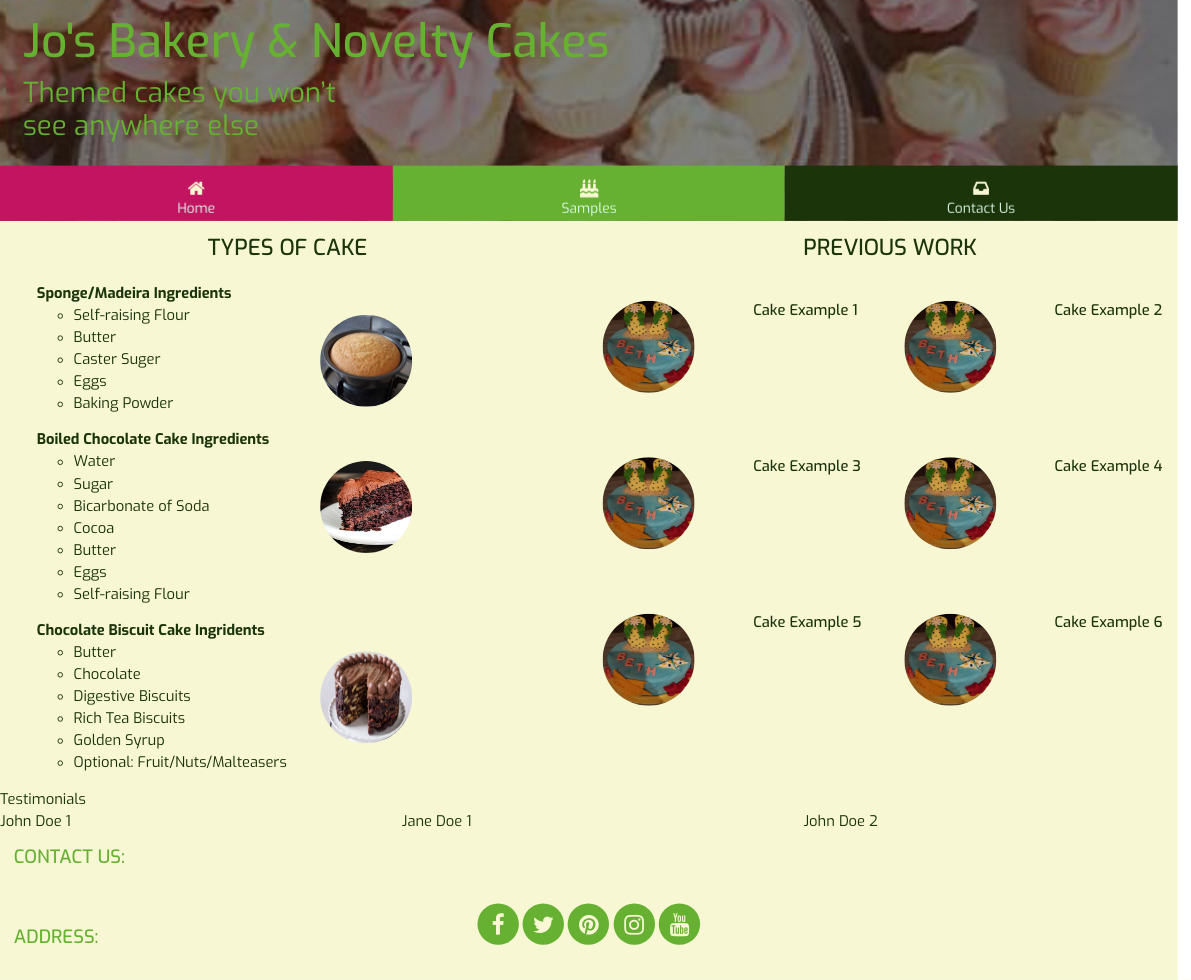
Repository: seanjcarley/Milestone1
Page: showcase.html
The author's editor kept a record of every edit. The page is drawn from the files as they stood at one moment, then again after the next edit.
The browser window is 1280 px wide. The page is 1295 px wide, so the pictures cover 1295 px, including what lies to the right of the window. The pictures show the whole page, at 92% of full size.

Above is the page before.
Console error: TypeError: Cannot read properties of undefined (reading 'fn')

After the next edit:
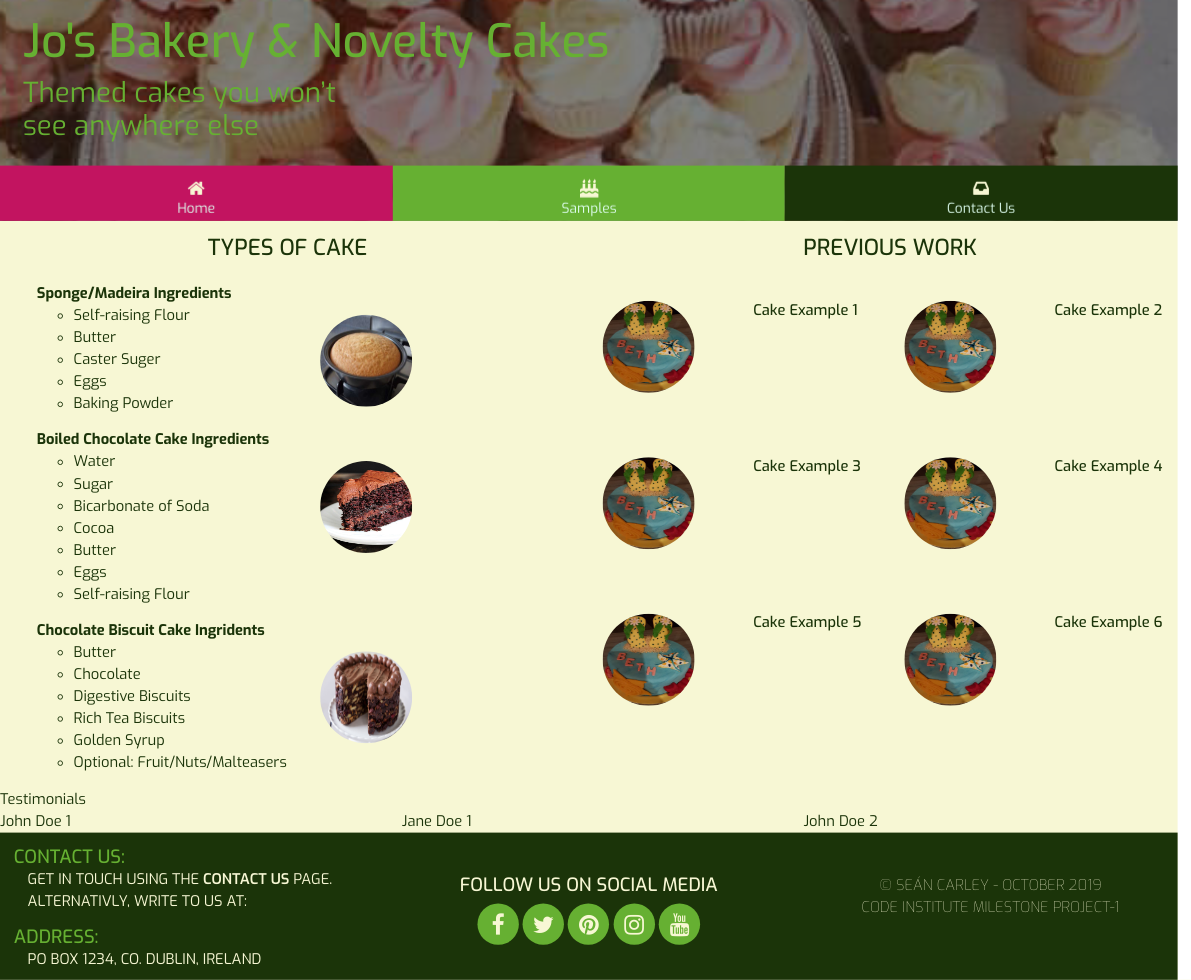
The edit:
--- a/showcase.html
+++ b/showcase.html
@@ -165,26 +165,26 @@
                             </div>
                         </div>
                     </div>
-                        </div>
-                        <div class="row">
-                            <div class="col">Testimonials</div>
-                        </div>
-                        <div class="row">
-                            <div class="col-md-4">
-                                John Doe 1
-                            </div>
-                            <div class="col-md-4">
-                                Jane Doe 1
-                            </div>
-                            <div class="col-md-4">
-                                John Doe 2
-                            </div>
-                        </div>
-       </sec    tio n>
-        <foo    ter class="footer-color">
-                <div class="row">
-                    <div class="col-md-4">
-                        <!--<h1>FOOTER1</h1>-->
+                    </div>
+                    <div class="row">
+                        <div class="col">Testimonials</div>
+                    </div>
+                    <div class="row">
+                        <div class="col-md-4">
+                            John Doe 1
+                        </div>
+                        <div class="col-md-4">
+                            Jane Doe 1
+                        </div>
+                        <div class="col-md-4">
+                            John Doe 2
+                        </div>
+                    </div>
+       </sectio n>
+        <footer class="footer-color">
+            <div class="row">
+                <div class="col-md-4">
+                    <!--<h1>FOOTER1</h1>-->
                 <h5 class="footer-h5 uppercase">Contact us: </h5>
                 <p class="footer-text uppercase">Get in touch using the <a href="contact.html"><span class="bold">Contact us</span></a> page. Alternativly, write to us at:</p>
                 <h5 class="footer-h5 uppercase">Address: </h5>
